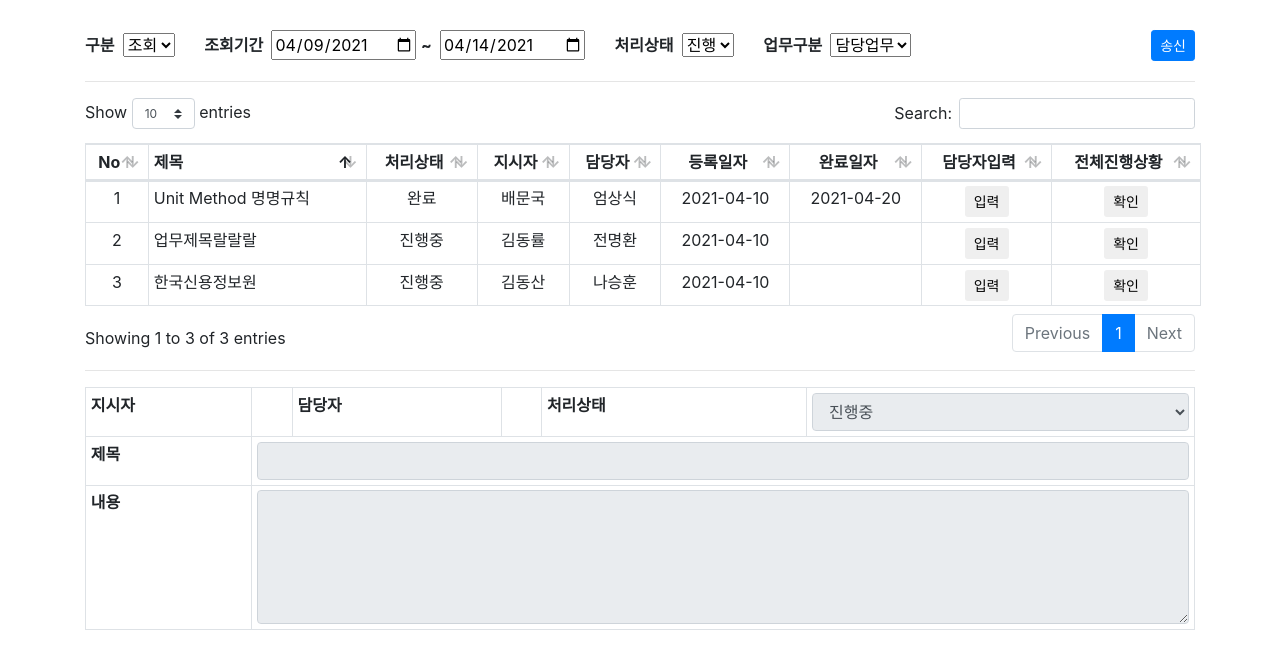
Repository: jungtaeyong/FSB_Project
Page: http://localhost/FsbJobMgt/main.jsp
These files come from the project's save history. The page is drawn as it stood at one moment and after the next save; the edit follows.
The browser window is 1280 px wide. The pictures show the whole page.
The page is served by Tomcat 9.

Above is the page before, as saved 2021-04-15 08:52:18.

After the next save:
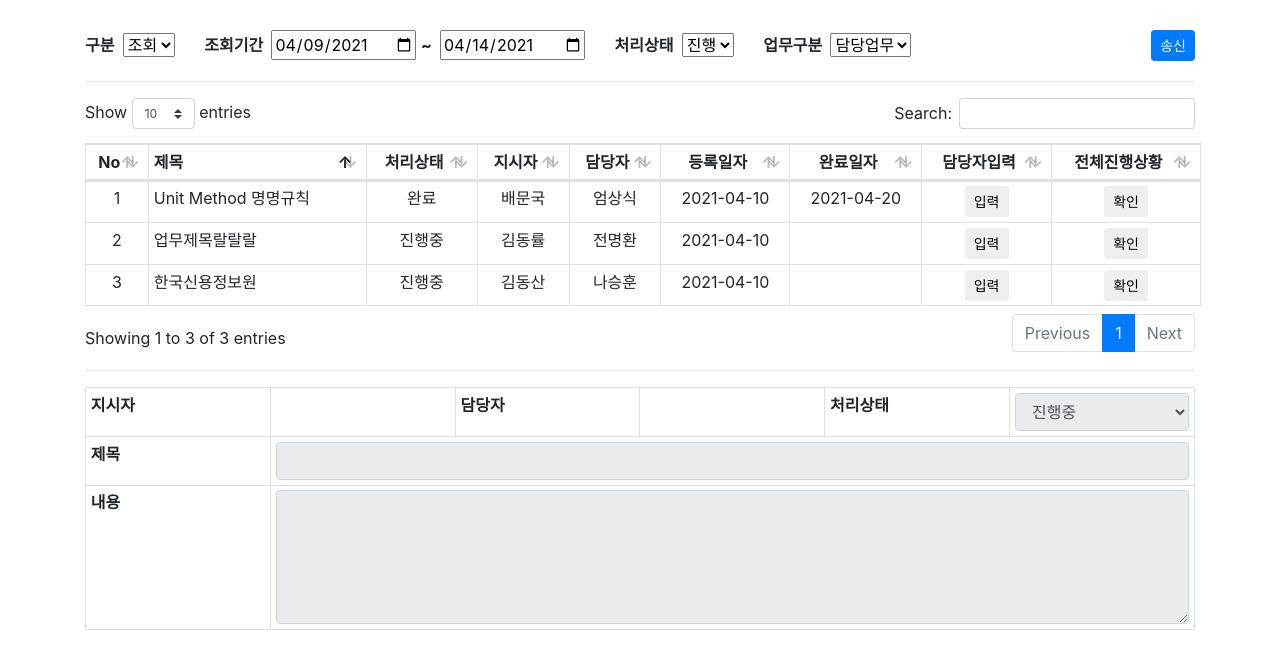
Saved 22 s later.
--- a/FsbJobMgt/WebContent/main.jsp
+++ b/FsbJobMgt/WebContent/main.jsp
@@ -264,14 +264,14 @@ function updateJob(){
 		<table class="table table-sm table-bordered display">
 			<tr>
 				<th width="15%">지시자</th>
-				<td id="BZWR_INDC_CHGR"></td>
-				<th>담당자</th>
-				<td>
+				<td id="BZWR_INDC_CHGR" width="15%"></td>
+				<th width="15%">담당자</th>
+				<td width="15%">
 					<span id="BZWR_EXC_CHGR"></span>
 					<button id="BZWR_EXC_CHGR_BTN" class="btn btn-sm btn-info" style="display:none">선택</button>
 				</td>
-				<th>처리상태</th>
-				<td>
+				<th width="15%">처리상태</th>
+				<td width="15%">
 					<select id="BZWR_STS_2" class="form-control input-sm" disabled>
 					    <option value="01">진행중</option>
 					    <option value="02">완료</option>
